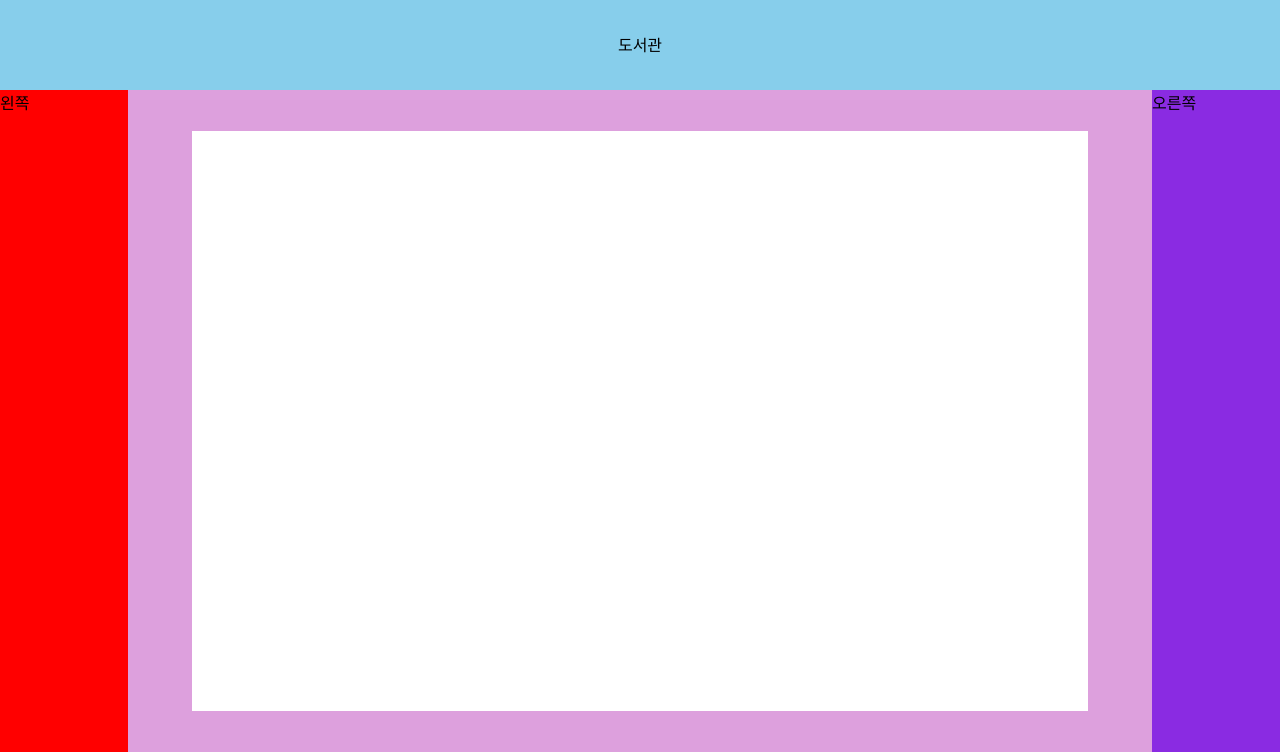
Repository: sojihwan/API_-Multi
Page: / (app in API/)
These files come from the project's save history. The page is drawn as it stood at one moment and after the next save; the edit follows.
The browser window is 1280 px wide. The pictures show the whole page.
The project was rebuilt for these pictures with package versions that can differ from the ones it lists, and the page was loaded fresh each time. Also part of the build but not shown: API/src/App.css.

Above is the page before, as saved 2022-05-24 15:34:39.

### API/src/App.js
import "./App.css";
import Layout from "./Layout/Layout";

function App() {
  return (
    <div>
      <Layout />
    </div>
  );
}

export default App;

### API/src/Layout/layout.js
import React from "react";
import "./Layout.css";
import Section from "./Section";

function Layout() {
  return (
    <div className="layout">
      <header>도서관</header>
      <main>
        <aside>왼쪽</aside>
        <Section />
        <aside>오른쪽</aside>
      </main>
    </div>
  );
}

export default Layout;

### API/src/Layout/layout.css
.layout {
  box-sizing: border-box;
}

header {
  top: 0px;
  width: 100%;
  height: 90px;
  line-height: 90px;
  text-align: center;
  background: skyblue;
}

aside {
  top: 90px;
}

main aside:first-child {
  position: absolute;
  left: 0;
  width: 10%;
  height: 91.9%;
  background: red;
}

main {
  display: flex;
  justify-content: center;
  align-items: center;
  min-height: 91.9vh;
  background: plum;
}

main aside:last-child {
  position: absolute;
  right: 0;
  width: 10%;
  height: 91.9%;
  background: blueviolet;
}

### API/src/Layout/Section.js
import React from "react";
import "../Layout/Section.css";

function Section() {
  return (
    <div className="section">
      <div></div>
    </div>
  );
}

export default Section;

### API/src/Layout/Section.css
.section {
  width: 70%;
  padding: 290px 0;
  text-align: center;
  background: white;
}

Loaded but not shown: API/public/index.html (common file); API/src/index.js (common file); API/src/index.css (common file); API/src/reportWebVitals.js (common file)

After the next save:
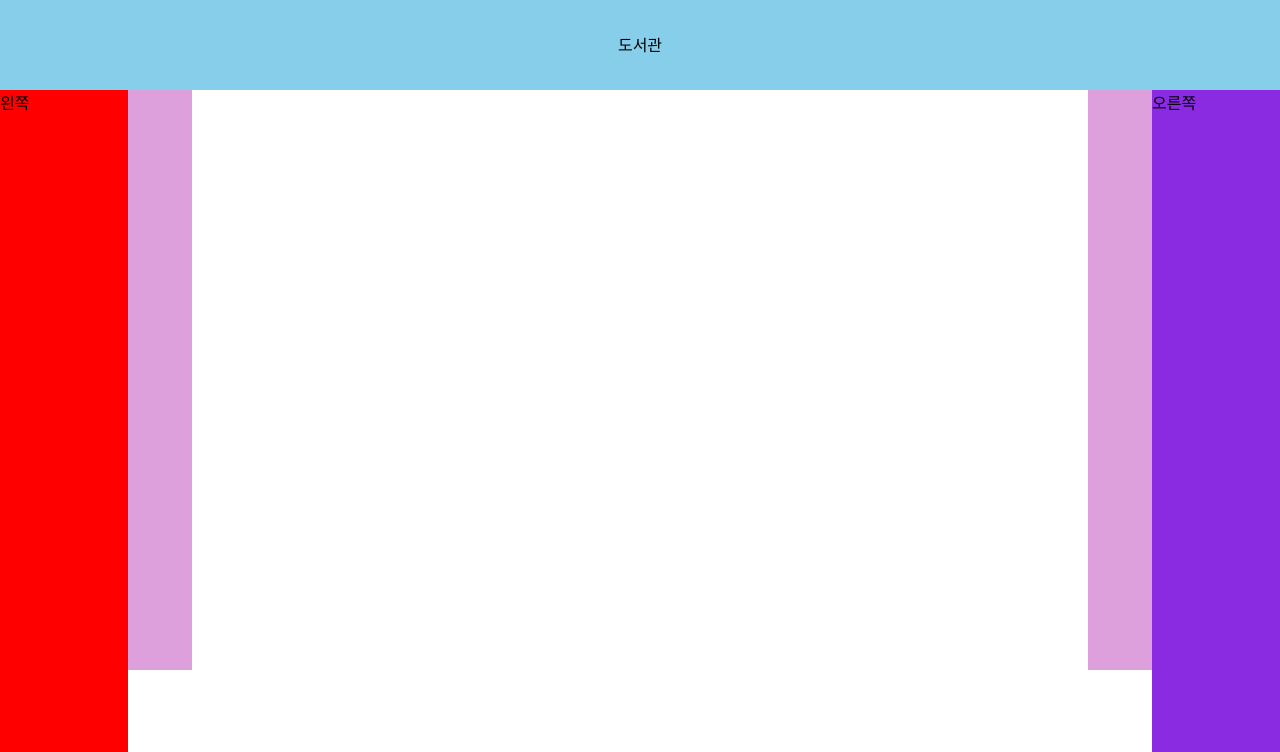
Saved 8 s later.
--- a/API/src/Layout/layout.css
+++ b/API/src/Layout/layout.css
@@ -27,7 +27,7 @@
   display: flex;
   justify-content: center;
   align-items: center;
-  min-height: 91.9vh;
+
   background: plum;
 }
 

After the save that followed:
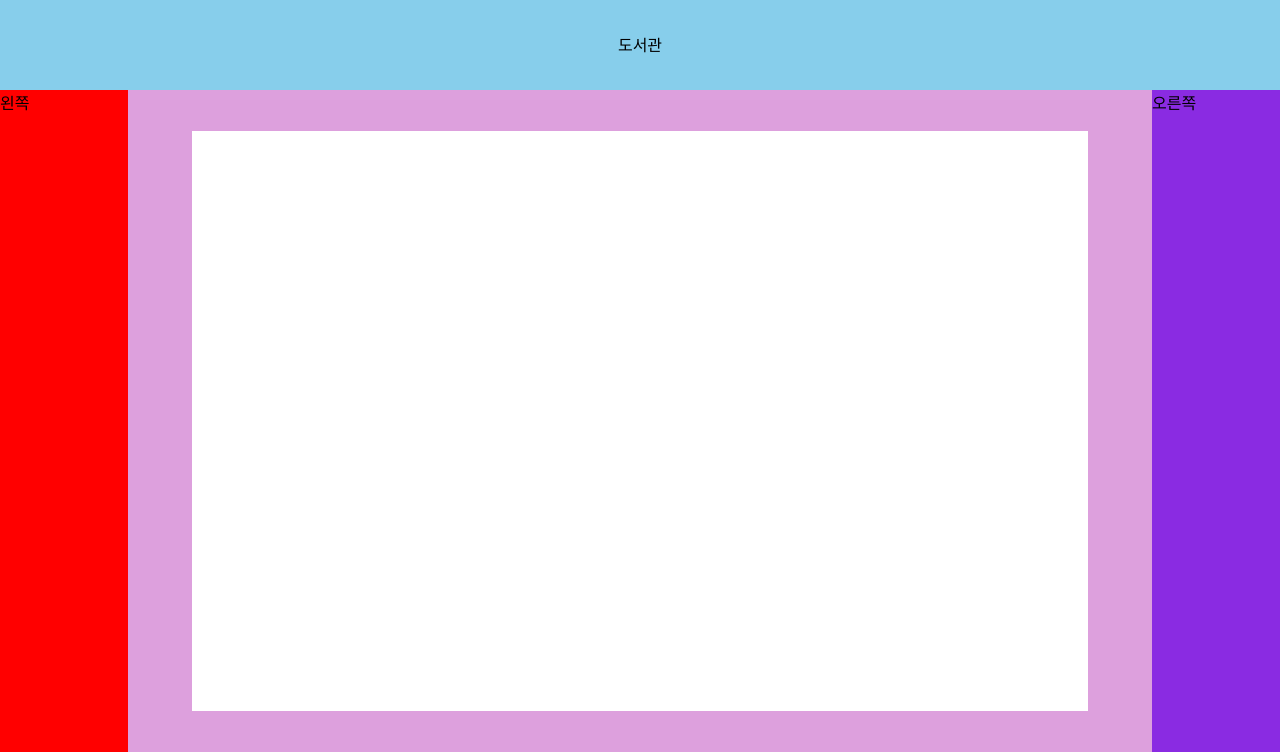
Saved 2 s later.
--- a/API/src/Layout/layout.css
+++ b/API/src/Layout/layout.css
@@ -27,7 +27,7 @@
   display: flex;
   justify-content: center;
   align-items: center;
-
+  min-height: 91.9vh;
   background: plum;
 }
 
